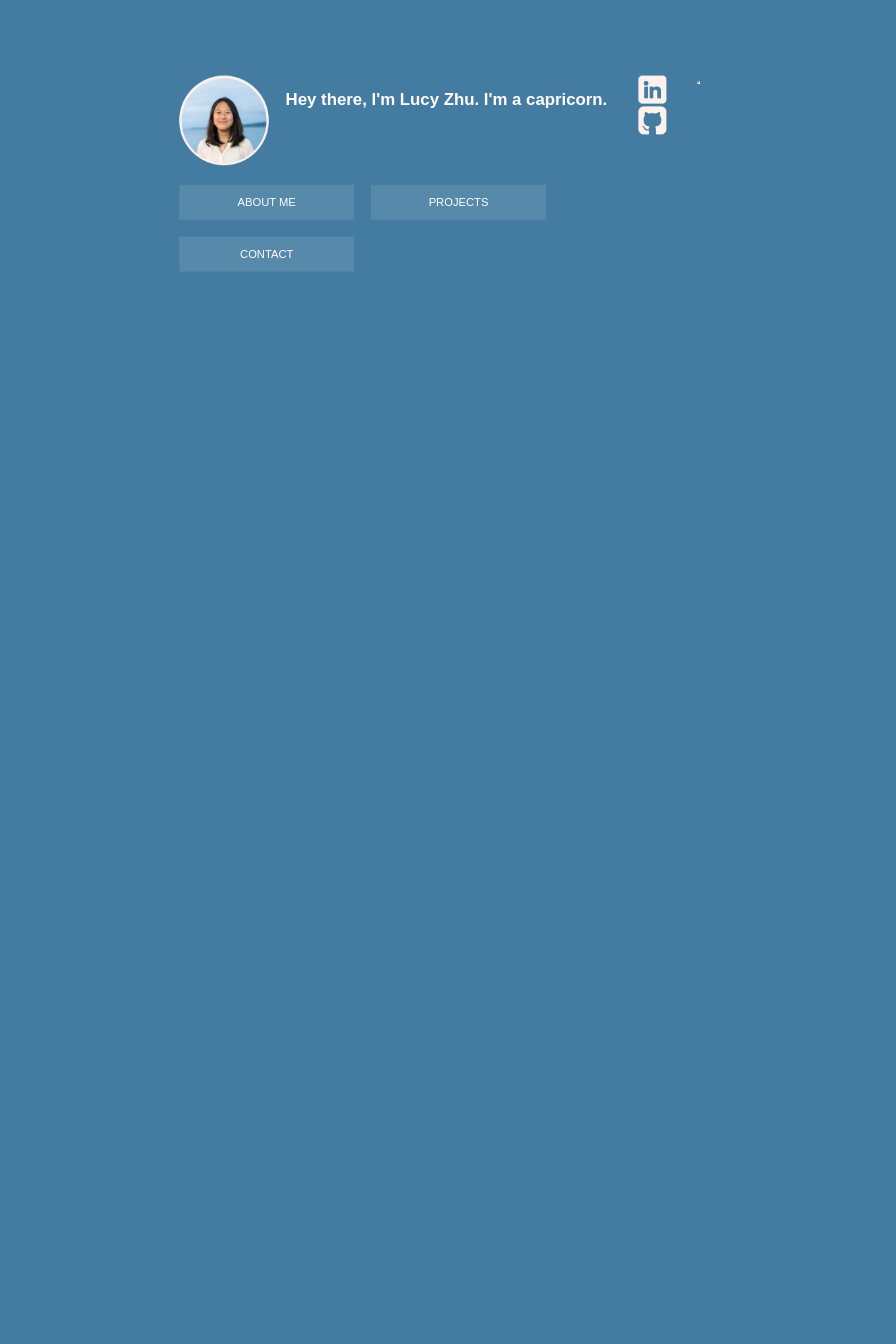
Repository: lukisoo/lukisoo-portfolio
Page: /
The author's editor kept a copy of each file at every save. The page is drawn from the files as they stood at one save, then again after the next save.
The browser window is 1280 px wide. The pictures show the part of the page from y = 0 to 1920 px (the page is 2988 px tall), at 70% of full size.
The project was rebuilt for these pictures with package versions that can differ from the ones it lists, and the page was loaded fresh each time.

Above is the page before, as saved 2022-07-31 05:29:32.

### public/index.html
<!DOCTYPE html>
<html lang="en">
  <head>
    <meta charset="utf-8" />
    <link rel="icon" href="%PUBLIC_URL%/favicon.ico" />
    <meta name="viewport" content="width=device-width, initial-scale=1" />
    <meta name="theme-color" content="#000000" />
    <meta
      name="description"
      content="Web site created using create-react-app"
    />
    <link rel="apple-touch-icon" href="%PUBLIC_URL%/logo192.png" />
    <!--
      manifest.json provides metadata used when your web app is installed on a
      user's mobile device or desktop. See https://developers.google.com/web/fundamentals/web-app-manifest/
    -->
    <link rel="manifest" href="%PUBLIC_URL%/manifest.json" />
    <!--
      Notice the use of %PUBLIC_URL% in the tags above.
      It will be replaced with the URL of the `public` folder during the build.
      Only files inside the `public` folder can be referenced from the HTML.

      Unlike "/favicon.ico" or "favicon.ico", "%PUBLIC_URL%/favicon.ico" will
      work correctly both with client-side routing and a non-root public URL.
      Learn how to configure a non-root public URL by running `npm run build`.
    -->
    <title>Lucy Zhu's Portfolio</title>
  </head>
  <body>
    <noscript>You need to enable JavaScript to run this app.</noscript>
    <div id="root"></div>
    <!--
      This HTML file is a template.
      If you open it directly in the browser, you will see an empty page.

      You can add webfonts, meta tags, or analytics to this file.
      The build step will place the bundled scripts into the <body> tag.

      To begin the development, run `npm start` or `yarn start`.
      To create a production bundle, use `npm run build` or `yarn build`.
    -->
  </body>
</html>

### src/index.js
import React from "react";
import {
  BrowserRouter as Router,
  Route,
  BrowserRouter,
} from "react-router-dom";
import ReactDOM from "react-dom/client";
import "./index.css";
import App from "./App";
import reportWebVitals from "./reportWebVitals";

const root = ReactDOM.createRoot(document.getElementById("root"));
root.render(
  <React.StrictMode>
    <BrowserRouter>
        <App />
    </BrowserRouter>
  </React.StrictMode>
);

// If you want to start measuring performance in your app, pass a function
// to log results (for example: reportWebVitals(console.log))
// or send to an analytics endpoint. Learn more: https://bit.ly/CRA-vitals
reportWebVitals();

### src/index.css
@import url('https://fonts.googleapis.com/css2?family=Source+Sans+Pro:ital,wght@0,200;0,300;0,400;0,600;0,700;0,900;1,200;1,300;1,400;1,600;1,700;1,900&display=swap');

body {
  margin: 0;
  /* font-family: -apple-system, BlinkMacSystemFont, 'Segoe UI', 'Roboto', 'Oxygen',
    'Ubuntu', 'Cantarell', 'Fira Sans', 'Droid Sans', 'Helvetica Neue',
    sans-serif; */
    font-family: arial;
  -webkit-font-smoothing: antialiased;
  -moz-osx-font-smoothing: grayscale;
  background-color: #447BA1;
  color: white;
  /* font-family: 'Source Sans Pro', sans-serif; */
}

code {
  font-family: source-code-pro, Menlo, Monaco, Consolas, 'Courier New',
    monospace;
}

### src/App.js
import "./App.css";

import { Link } from "react-router-dom";
import Grid from "@mui/material/Grid";

import ProfilePhoto from "./images/header/profile-photo.png";
import LinkedinLogo from "./images/header/linkedin-logo.png";
import GithubLogo from "./images/header/github-logo.png";

function App() {
  return (
    <div className="App">
      <header className="full-section">
        <div className="section-content">
          <Grid container spacing={3}>
            <Grid item xs={12} md={12}>
              <img
                src={ProfilePhoto}
                className="profile-photo"
                alt="Profile Photo"
              />
            </Grid>
            <Grid item xs={12} md={12}>
              <h2>Hey there, I'm Lucy Zhu. I'm a capricorn.</h2>
            </Grid>
            <Grid item xs={12} md={12}>
              <a href="https://www.linkedin.com/in/lucyzhu613/">
                {" "}
                <img
                  src={LinkedinLogo}
                  className="social-logo"
                  alt="Linkedin Logo"
                />
              </a>
              <a href="https://github.com/lukisoo">
                <img
                  src={GithubLogo}
                  className="social-logo"
                  alt="Github Logo"
                />
              </a>
            </Grid>
            <Grid item xs={12} md={12}>
              <hr className="header-divider" />
            </Grid>
            <Grid item xs={12} md={4}>
              <div className="box-1">
                <div className="btn btn-one">
                  <span>ABOUT ME</span>
                </div>
              </div>
            </Grid>
            <Grid item xs={12} md={4}>
              <div className="box-1">
                <div className="btn btn-one">
                  <span>PROJECTS</span>
                </div>
              </div>
            </Grid>
            <Grid item xs={12} md={4}>
              <div className="box-1">
                <div className="btn btn-one">
                  <span>CONTACT</span>
                </div>
              </div>
            </Grid>
          </Grid>
        </div>
      </header>

      <section id="about-me-section" className="full-section">


      </section>

      <section id="projects-section" className="full-section"></section>

      <section id="contact-section" className="full-section"></section>
    </div>
  );
}

export default App;

### src/App.css
.App {
  text-align: center;
  margin: 0;
}

/* Section Content */
.full-section {
  height: 100vh;
  width: 100vw;
}

.section-content {
  width: 60vw;
  height: 70vh;
  margin: 0 auto 0 auto;
  margin-top: 15vh;
  /* background-color: red; */
}

/* Buttons */
.box-1 {
  /* background-color: hsl(0, 100%, 70%);  */
  width: 250px;
  margin: auto;
}

.btn {
	line-height: 50px;
	height: 50px;
	text-align: center;
	width: 250px;
	cursor: pointer;
}

.btn-one {
	color: #FFF;
	transition: all 0.3s;
	position: relative;
}
.btn-one span {
	transition: all 0.3s;
}
.btn-one::before {
	content: '';
	position: absolute;
	bottom: 0;
	left: 0;
	width: 100%;
	height: 100%;
	z-index: 1;
	opacity: 0;
	transition: all 0.3s;
	border-top-width: 1px;
	border-bottom-width: 1px;
	border-top-style: solid;
	border-bottom-style: solid;
	border-top-color: rgba(255,255,255,0.5);
	border-bottom-color: rgba(255,255,255,0.5);
	transform: scale(0.1, 1);
}
.btn-one:hover span {
	letter-spacing: 2px;
}
.btn-one:hover::before {
	opacity: 1;
	transform: scale(1, 1);
}
.btn-one::after {
	content: '';
	position: absolute;
	bottom: 0;
	left: 0;
	width: 100%;
	height: 100%;
	z-index: 1;
	transition: all 0.3s;
	background-color: rgba(255,255,255,0.1);
}
.btn-one:hover::after {
	opacity: 0;
	transform: scale(0.1, 1);
}

/* Header CSS */
.header-divider {
  color: white;
  border-width: 2px;
}

.profile-photo {
  width: 10vw;
  height: auto;
}

.social-logo {
  width: 40px;
  height: auto;
  padding: 0 1% 0 1%;
}

.social-logo:hover {
  opacity: 0.8;
  cursor: pointer;
}

Loaded but not shown: src/reportWebVitals.js (common file)

After the next save:
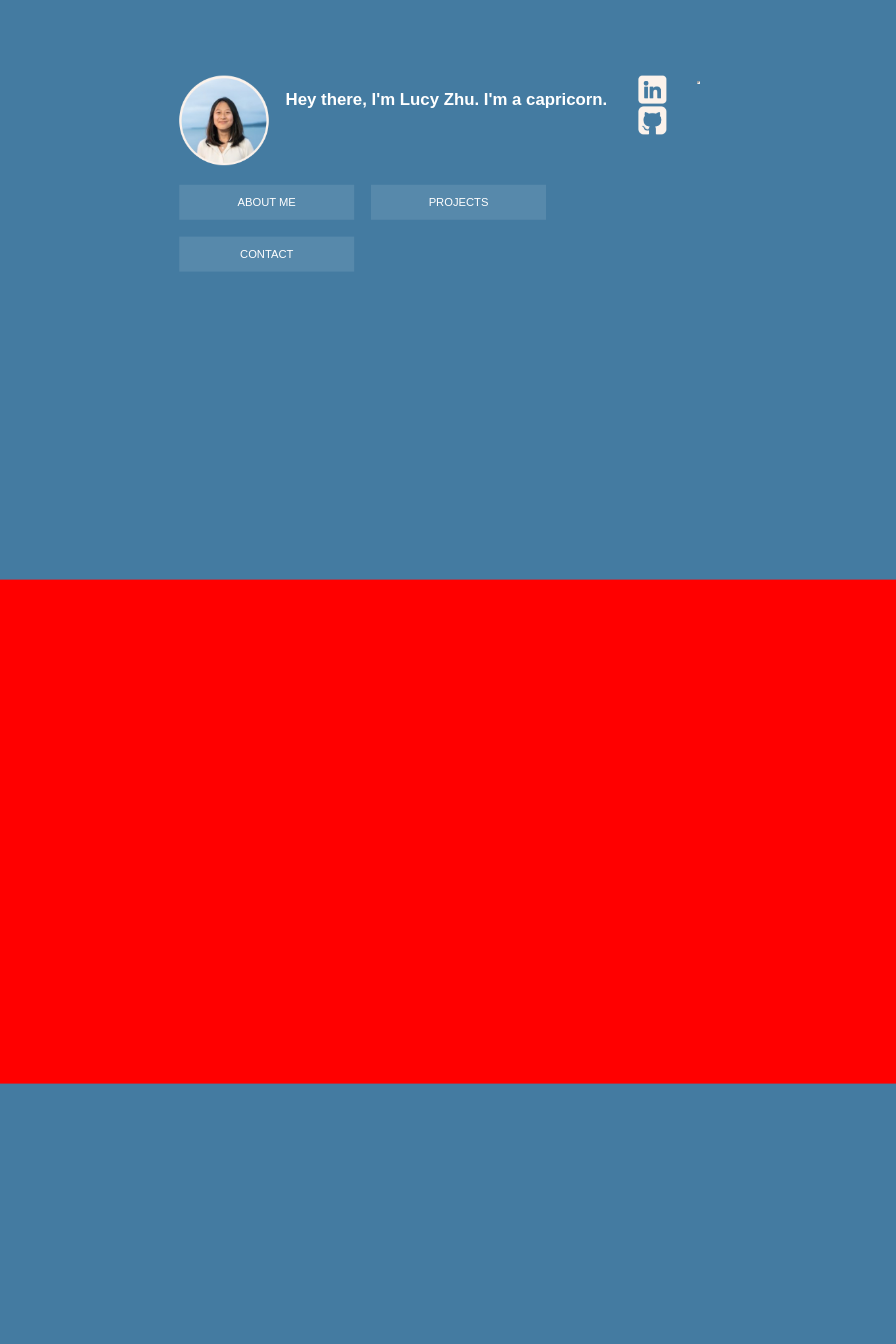
Saved 45 min 56 s later.
--- a/src/App.css
+++ b/src/App.css
@@ -102,3 +102,9 @@
   opacity: 0.8;
   cursor: pointer;
 }
+
+/* About Me CSS */
+
+#about-me-section {
+  background-color: red;
+}
